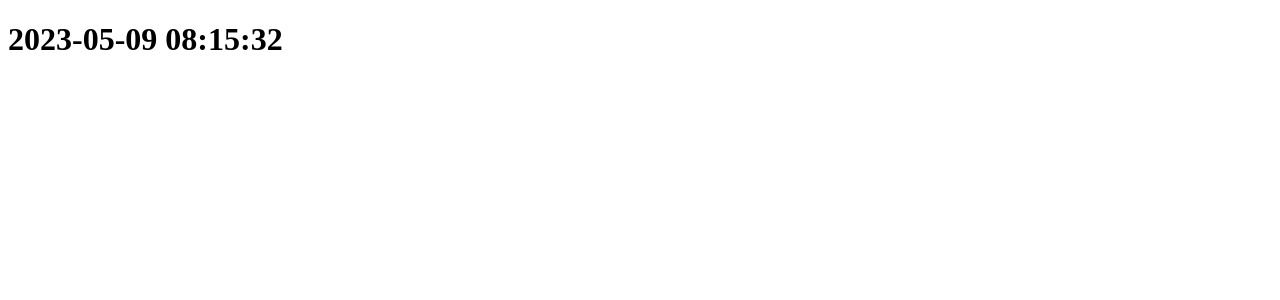
Repository: Dalso13/workspace
Page: workspace_web/chapter03_javascript/WebContent/04_함수/Ex13_함수문제.html
An editor plug-in stored every save of this project. The page is shown before and after the next save, followed by the edit.
The browser window is 1280 px wide. The pictures show the whole page.

Above is the page before, as saved 2023-05-11 00:55:05.

### workspace_web/chapter03_javascript/WebContent/04_함수/Ex13_함수문제.html
<!DOCTYPE html>
<html>
<head>
<meta charset="UTF-8">
<title>Insert title here</title>
</head>
<body>
	<h1 id="clock" >0000-00-00 00:00:00</h1>

<script type="text/javascript">
	/*
		현재 날짜와 시간을 다음과 같은 형식으로 출력하시오.

		ex) 2023-05-10 17:04:08
	*/

	function watch(){
		let d = new Date;

		let month = d.getMonth()+1;
		let minute = d.getMinutes()
		let hours = d.getHours();
		let day =  d.getDate();
		let second = d.getSeconds();

		let zero = function(aaa) {
			if ((String(aaa)).length == 1) {
				aaa = "0"+aaa;
			}
			return aaa;
		}

		let h11 = document.querySelector("#clock");

		let result = `${d.getFullYear()}-${zero(month)}-${zero(day)}
						${zero(hours)}:${zero(minute)}:${zero(second)}` ;

		h11.innerHTML = result;
		setTimeout(watch, 1000);
	}

	watch();


</script>

</body>
</html>

After the next save:
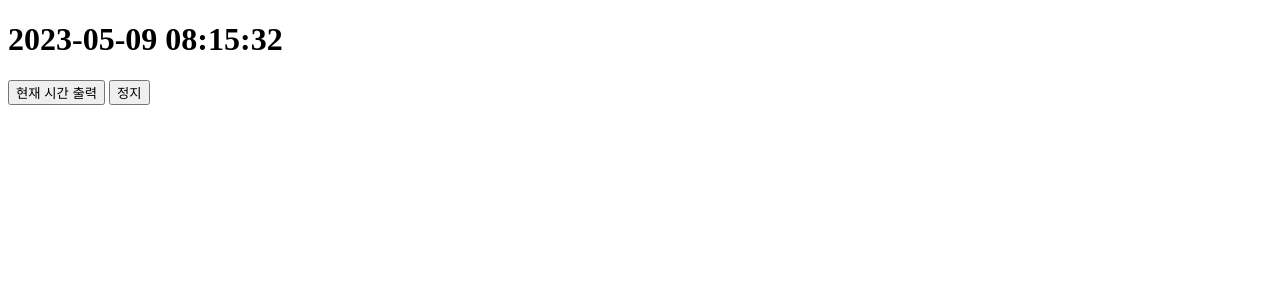
Saved 79 s later.
--- a/workspace_web/chapter03_javascript/WebContent/04_함수/Ex13_함수문제.html
+++ b/workspace_web/chapter03_javascript/WebContent/04_함수/Ex13_함수문제.html
@@ -6,6 +6,8 @@
 </head>
 <body>
 	<h1 id="clock" >0000-00-00 00:00:00</h1>
+	<button>현재 시간 출력</button>
+	<button>정지</button>
 
 <script type="text/javascript">
 	/*
